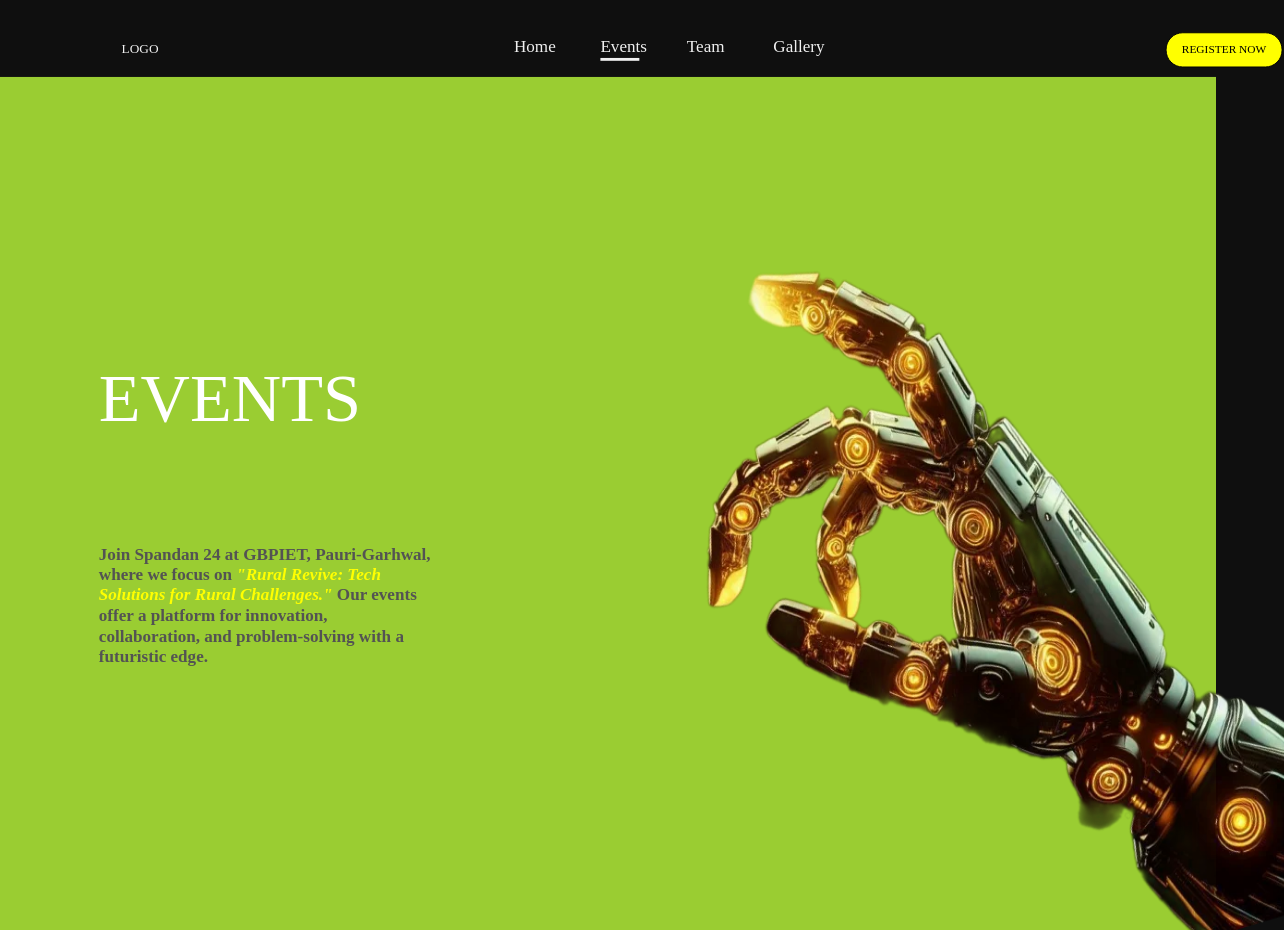
Repository: s4bbi/spandan-3.0
Page: /Events
An editor plug-in stored every save of this project. The page is shown before and after a run of saves, followed by the edit.
The browser window is 1280 px wide. The page is 1352 px wide, so the pictures cover 1352 px, including what lies to the right of the window. The pictures show the whole page, at 95% of full size.
The project was rebuilt for these pictures with package versions that can differ from the ones it lists, and the page was loaded fresh each time. Also part of the build but not shown: vite.config.js, src/pages/Home/Home.jsx.

Above is the page before, as saved 2024-11-02 02:58:32.

After the next 2 saves:
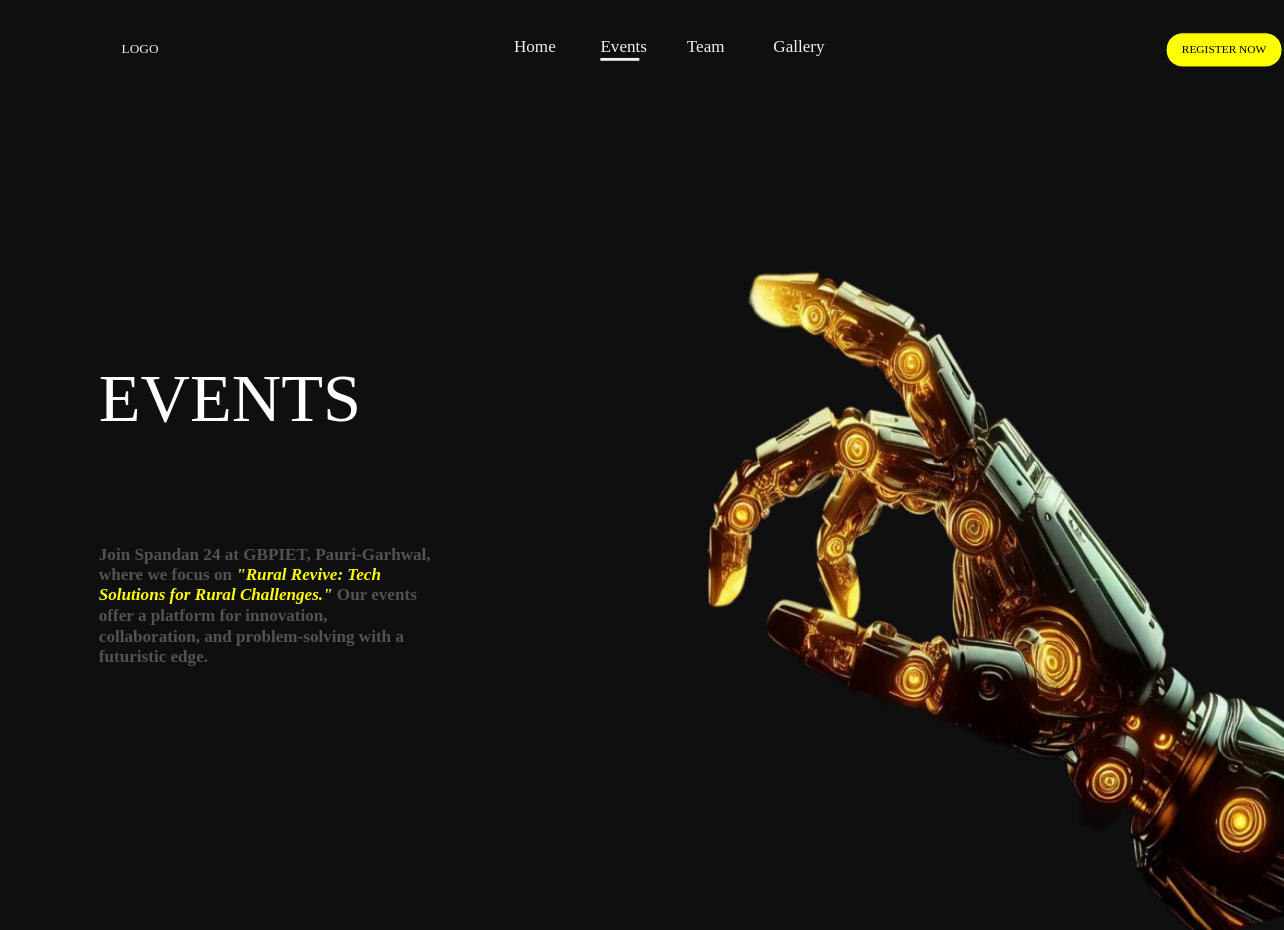
The 2 saves are shown as one change because they came seconds apart.
The last was saved 119 s later.
--- a/src/components/HeroSection/HeroSection.css
+++ b/src/components/HeroSection/HeroSection.css
@@ -4,7 +4,6 @@
     justify-content: space-between;
     margin-top: 10px;
     padding-top: 0px;
-    background-color: yellowgreen;
     /* padding-top: 50px;
     max-width: 1200px;
     margin: 192px; */

After the 2 saves that followed:
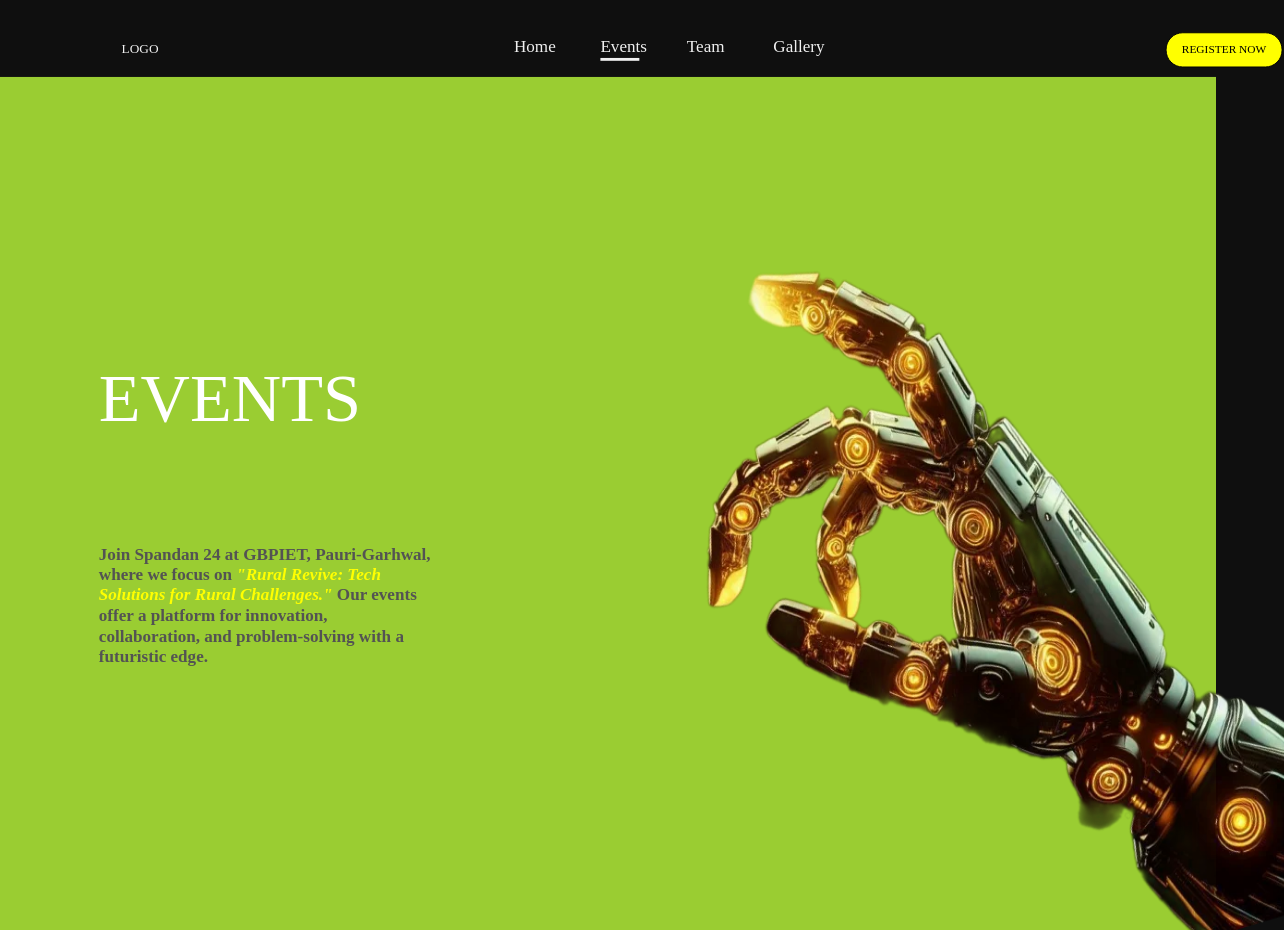
The 2 saves are shown as one change because they came seconds apart.
The last was saved 10 min 54 s later.
--- a/src/components/HeroSection/HeroSection.css
+++ b/src/components/HeroSection/HeroSection.css
@@ -4,6 +4,7 @@
     justify-content: space-between;
     margin-top: 10px;
     padding-top: 0px;
+    background-color: yellowgreen;
     /* padding-top: 50px;
     max-width: 1200px;
     margin: 192px; */
